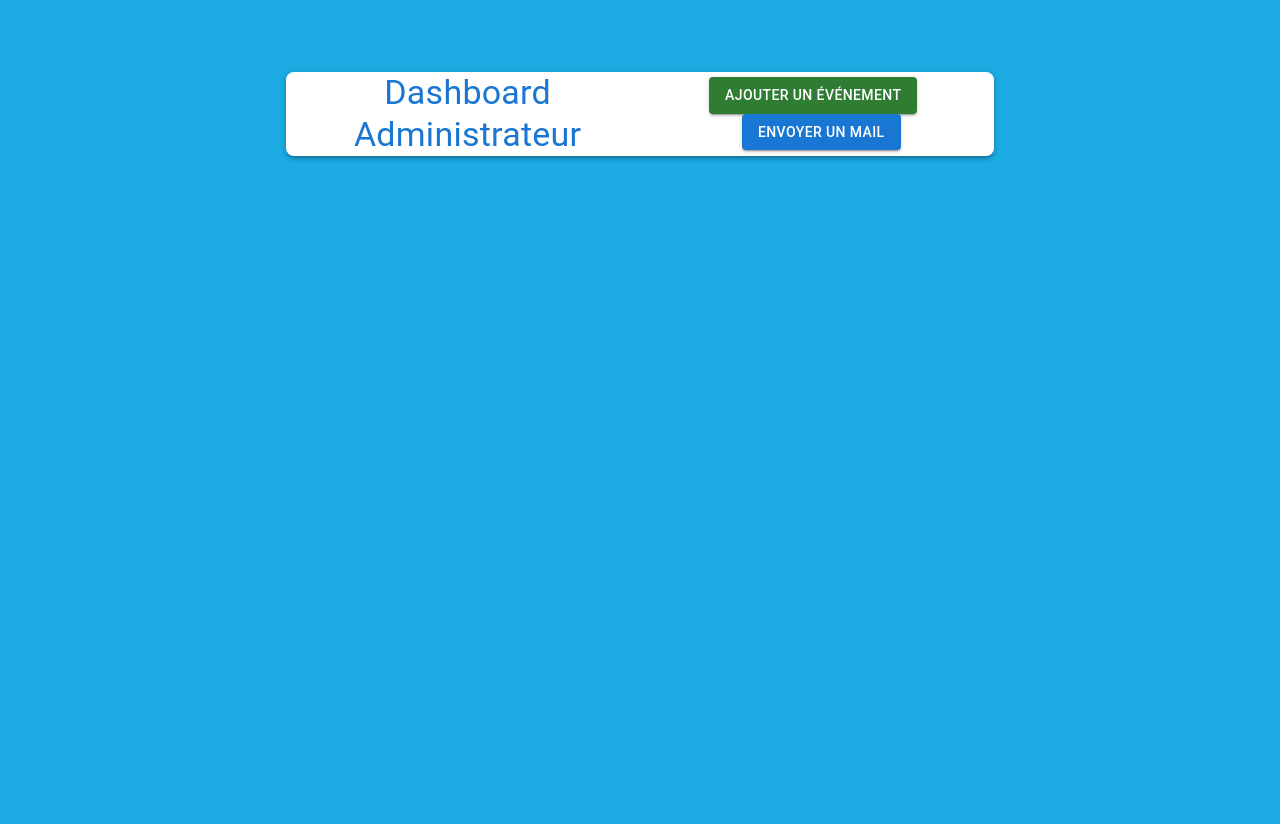
Repository: clement-chn/challenge-48h
Page: /dashboard (app in front/)
An editor plug-in stored every save of this project. The page is shown before and after the next save, followed by the edit.
The browser window is 1280 px wide. The pictures show the whole page.
The project was rebuilt for these pictures with package versions that can differ from the ones it lists, and the page was loaded fresh each time. Also part of the build but not shown: front/vite.config.js, front/src/Routes/connexion.jsx, front/src/Routes/inscriptions.jsx.

Above is the page before, as saved 2025-04-03 14:07:24.

After the next save:
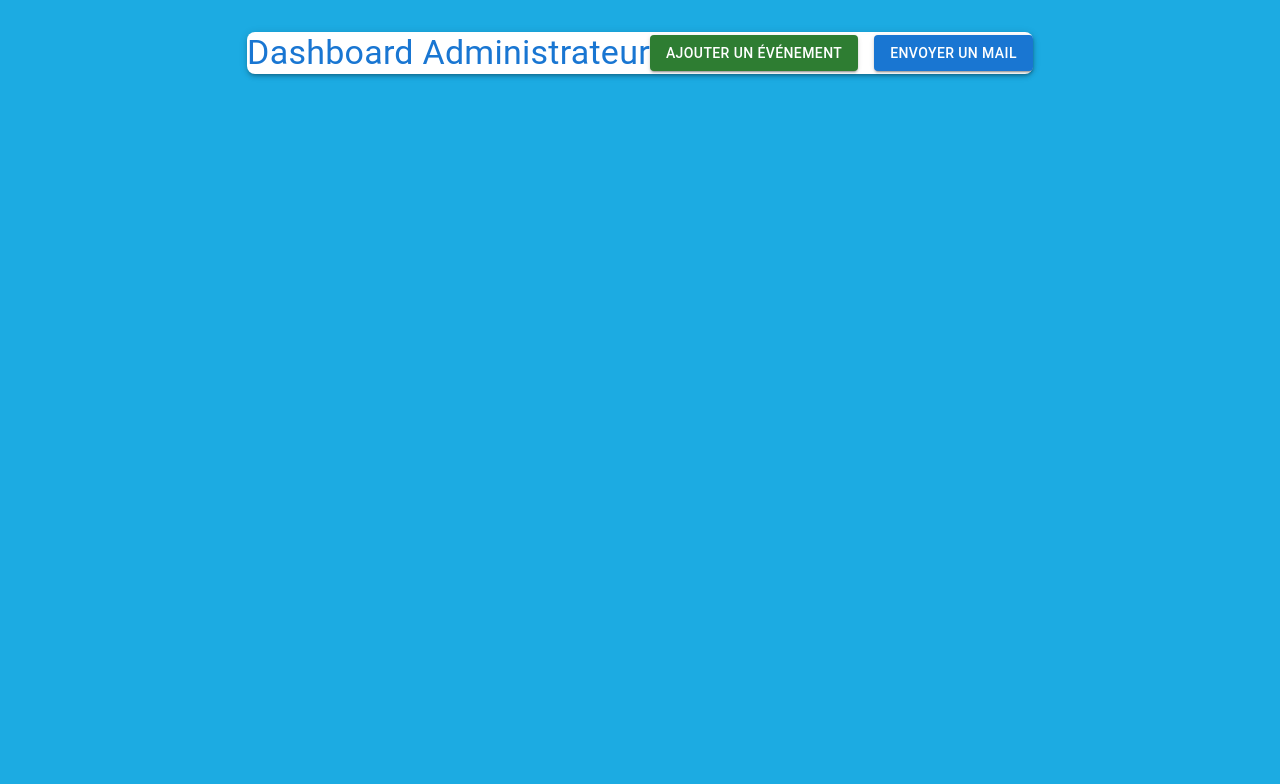
Saved 52 s later.
--- a/front/src/Routes/dashboard.jsx
+++ b/front/src/Routes/dashboard.jsx
@@ -50,7 +50,7 @@ const AdminDashboard = () => {
 
   return (
     <div style={{ backgroundColor: '#1CABE2', minHeight: '100vh' }}> {/* Fond principal */}
-      <Box sx={{ maxWidth: '90%', margin: 'auto', mt: 5 }}>
+      <Box sx={{ width: '100%' }}> {/* Conteneur parent pour permettre la largeur complète */}
         {/* Utilisation du composant HeaderSection */}
         <HeaderSection onAddEvent={handleOpen} onSendMail={handleSendMail} />
 
